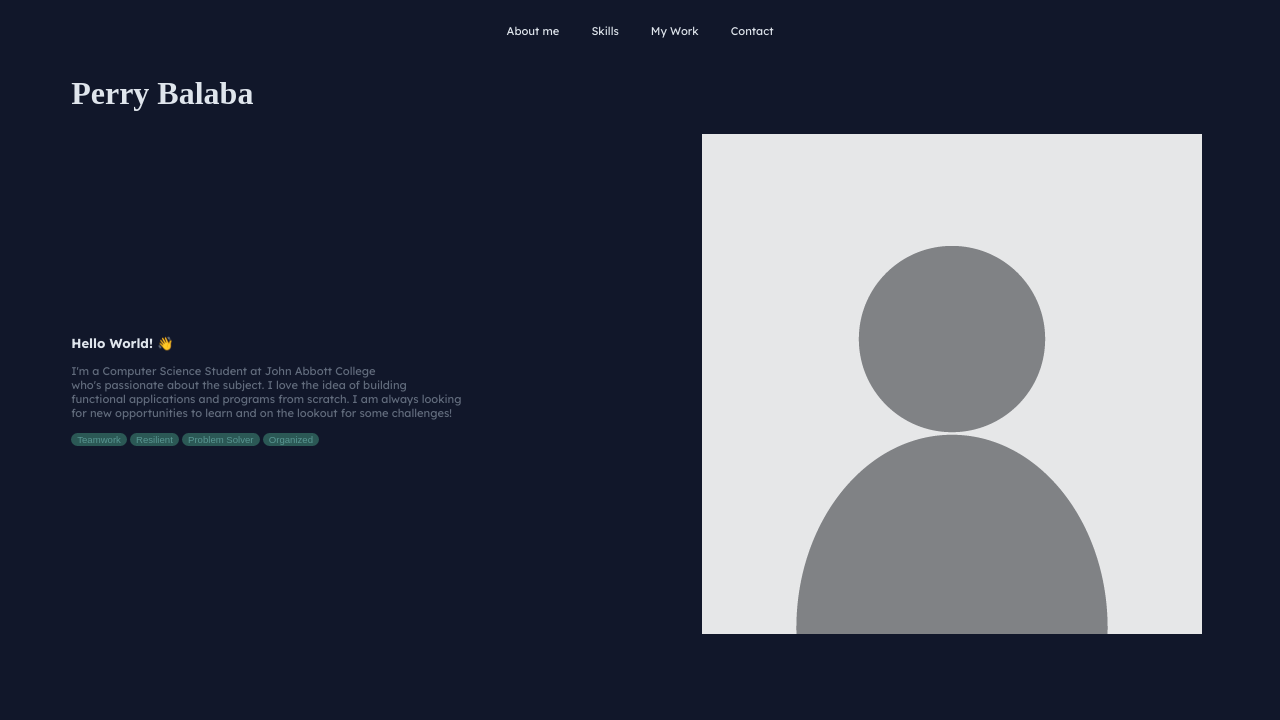
Repository: perrybalaba/perrybalaba
Page: index.html
These files come from the project's save history. The page is drawn as it stood at one moment and after the next save; the edit follows.
The browser window is 1280 px wide. The pictures show the whole page.
Some web fonts or font styles are not loaded; a fallback is used.

Above is the page before, as saved 2026-04-24 18:23:52.

### index.html
<!DOCTYPE html>
<html lang="en">
<head>
    <meta charset="UTF-8">
    <meta name="viewport" content="width=device-width, initial-scale=1.0">
    <title>Perry's Portfolio</title>
    <link rel="stylesheet" href="./styles/globals.css"/>
    <link rel="stylesheet" href="./styles/index.css"/>
</head>

<body>
    <main>
        <!-- NAVIGATION BAR -->
        <!-- 👇 TO CHANGE: href -->
        <nav class="Nav-Bar">
            <ul>
                <li><a href="./index.html"> About me </a></li>
                <li><a href="./index.html"> Skills </a></li>
                <li><a href="./index.html"> My Work </a></li>
                <li><a href="./index.html"> Contact </a></li>
            </ul>
        </nav>

        <!-- PAGE HEADER -->
        <header class="Home-Header">
            <h1> Perry Balaba </h1>
        </header>

        <!-- INFORMATION ABOUT ME -->
        <div class ="Info">
            <div class ="Description">
                <h3> Hello World! 👋 </h3>
                <p> I'm a Computer Science Student at John Abbott College <br>
                    who's passionate about the subject. I love the idea of building <br>
                    functional applications and programs from scratch. I am always looking <br>
                    for new opportunities to learn and on the lookout for some challenges!
                </p>

                <!-- SOFT SKILLS -->
                <button type="button" class="Soft-Skills" disabled> Teamwork </button>
                <button type="button" class="Soft-Skills" disabled> Resilient </button>
                <button type="button" class="Soft-Skills" disabled> Problem Solver </button>
                <button type="button" class="Soft-Skills" disabled> Organized </button>
            </div>

            <!-- IMAGE -->
            <!-- 👇 TO CHANGE: Image -->
            <img class="My-Photo" src="./assets/images/blank.png"/>
        </div>
    </main>
</body>
</html>

### styles/globals.css
/* FONTS */
@font-face {
    font-family: "NotoSans";
    src: url(../assets/fonts/Noto_Sans/NotoSans-VariableFont_wdth\,wght.ttf);
}

@font-face {
    font-family: "Lexend";
    src: url(../assets/fonts/Lexend_Deca\,Noto_Sans/Lexend_Deca/LexendDeca-VariableFont_wght.ttf);
}

.Home-Header {
    font-family: "NotoSans";
}

.Nav-Bar {
    font-family: "Lexend";
    color: #dfe5ec;
}

main {
    font-family: "Lexend";
}

/* DESKTOP AND TABLET LAYOUTS */
@media only screen and (min-width: 992px) {
    .Info {
        grid-template-columns: 2fr 2fr;
        align-items: center;
        padding: 0%;
        margin-left: 5%;
        gap: 5%;
    }
}

/* COLOR PALETTE */
body {
    background-color: #11172a;
    color: #626c7d;
}

nav ul li a {
    color: #dfe5ec;
}

h1 {
    color: #dfe5ec
}

h3 {
    color: #dfe5ec;
}

.Soft-Skills {
    color: #599692;
    background-color: #2b5855;
}

### styles/index.css
/* NAVIGATION BAR */
nav ul {
    list-style-type: none;
    margin: 0;
    padding: 0;
    display: flex;
    justify-content: center;
}

nav ul li {
    float: center;
}

nav ul li a {
    display: block;
    text-align: center;
    padding: 1rem;
    text-decoration: none;
    font-size: 0.7rem;
}

nav ul li a:hover {
    transform: scale(1.15);
}

/* CONTENT */
.Home-Header {
    padding: 0;
    font-size: 1rem;
    margin-left: 5%;
}

.Info {
    display: grid;
    grid-template-columns: 2fr 2fr;
    align-items: center;
    padding: 0%;
    margin-left: 5%;
    gap: 5%;
}

.Description {
    text-align: left;
    font-size: 0.7rem;
}

/* IMAGE */
.My-Photo {
    display: block;
    max-width: 100%;
    height: auto;
}

/* NON-FUNCTIONAL BUTTONS */
.Soft-Skills {
    text-align: center;
    display: inline-block;
    border-radius: 2vw;
    transition-duration: 0.2s;
    max-width: 100%;
    height: 10%;
    font-size: 0.6rem;
    border: none;
    outline: none;
}

.Soft-Skills:hover {
    transform: scale(1.15);
    background-color: aliceblue;
}

After the next save:
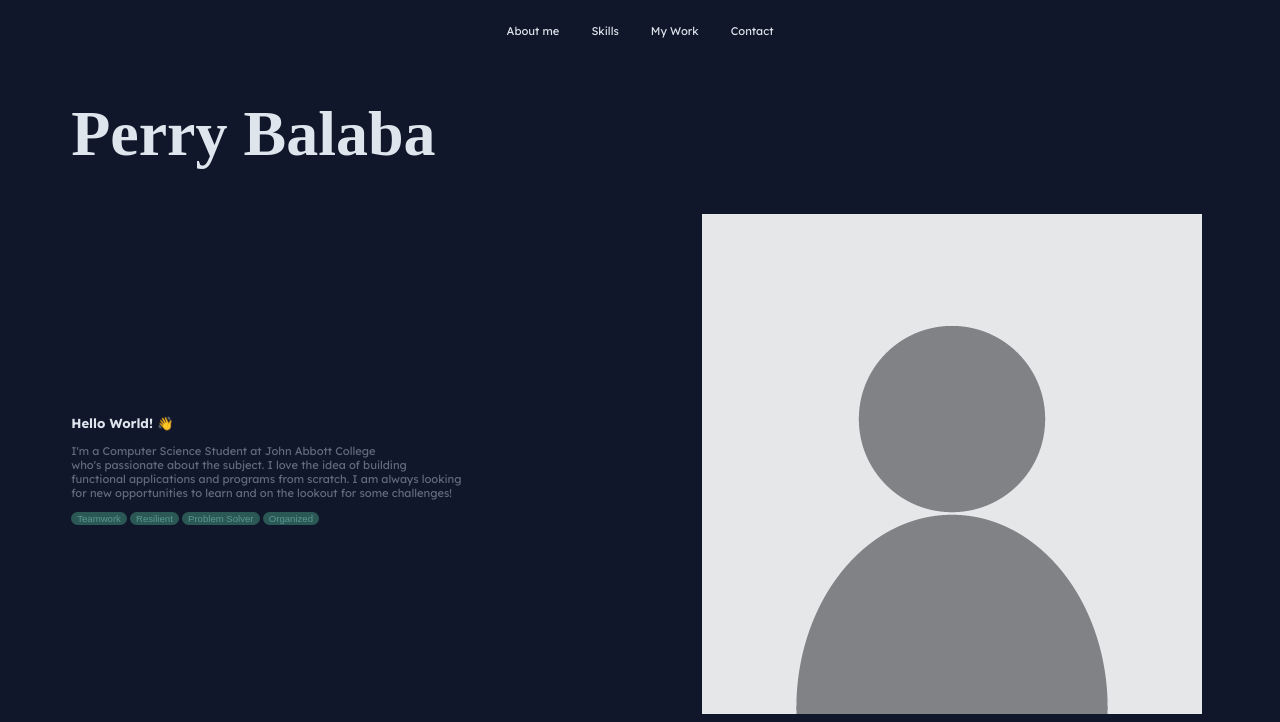
Saved 4 min 20 s later.
--- a/styles/index.css
+++ b/styles/index.css
@@ -26,7 +26,7 @@ nav ul li a:hover {
 /* CONTENT */
 .Home-Header {
     padding: 0;
-    font-size: 1rem;
+    font-size: 2rem;
     margin-left: 5%;
 }
 
